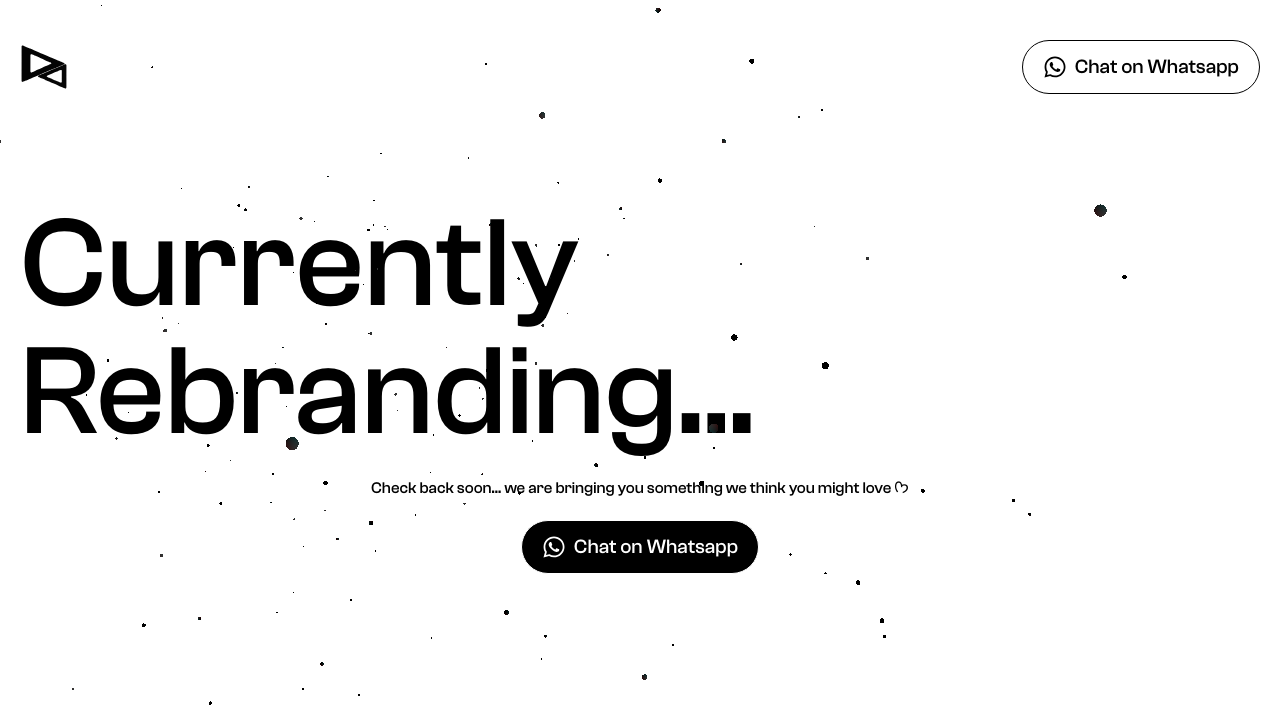
Repository: Cybugg/Nexxistudios-new
Page: /
These files come from the project's save history. The page is drawn as it stood at one moment and after a run of saves; the edit follows.
The browser window is 1280 px wide. The pictures show the whole page.
The project was rebuilt for these pictures with package versions that can differ from the ones it lists, and the page was loaded fresh each time. The framework's server and built-in components were replaced by stand-ins that run in the browser. Also part of the build but not shown: next.config.mjs.

Above is the page before, as saved 2025-09-06 18:19:06.

After the next 11 saves:
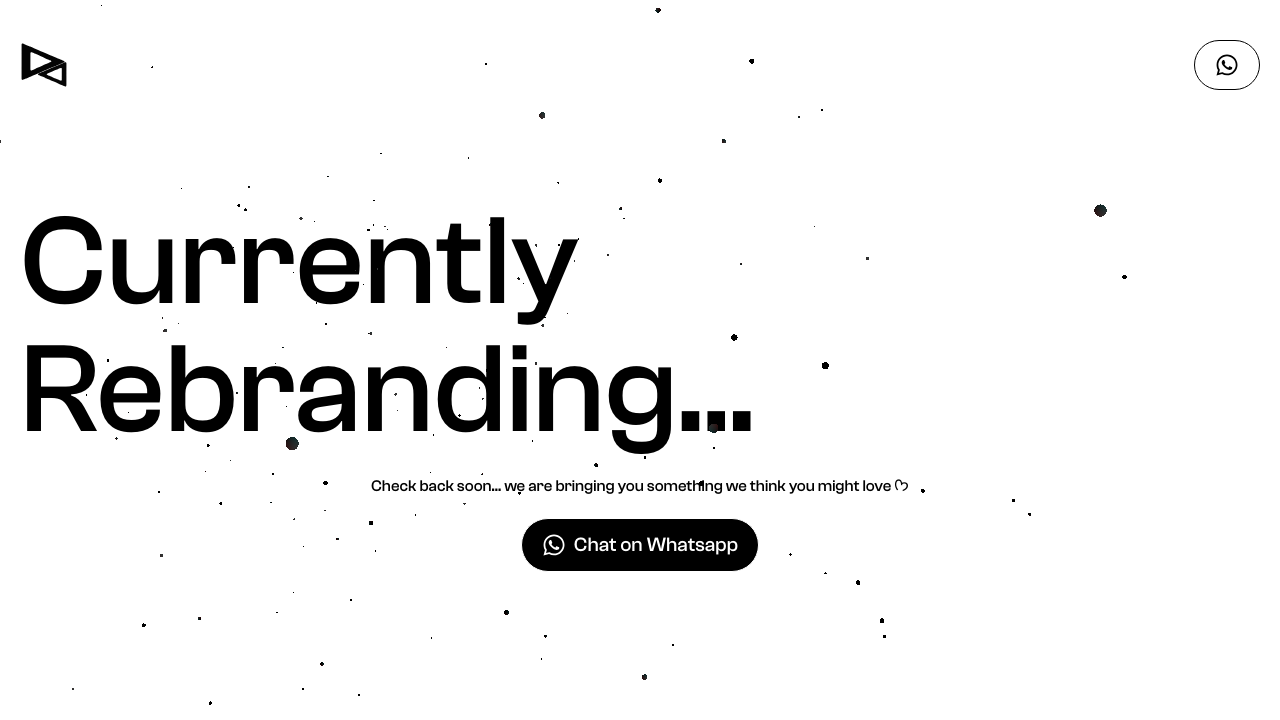
The 11 saves are shown as one change because they came seconds apart.
The last was saved 35 min 43 s later.
--- a/app/components/topNav.js
+++ b/app/components/topNav.js
@@ -14,7 +14,7 @@
 
       <Link href="https://wa.me/2349117169239?text=Hello%20I%20want%20a%20website%20or%20software%20for%20my%20business" target="_blank"
       rel="noopener noreferrer" className="py-3 px-5 text-xl z-80 rounded-full border cursor-pointer flex gap-2 items-center">
-<FaWhatsapp className='text-2xl' /> Chat on Whatsapp
+<FaWhatsapp className='text-2xl' /> <span className='hidden '>Chat on Whatsapp</span>
       </Link>
 
   </div>

After the 5 saves that followed:
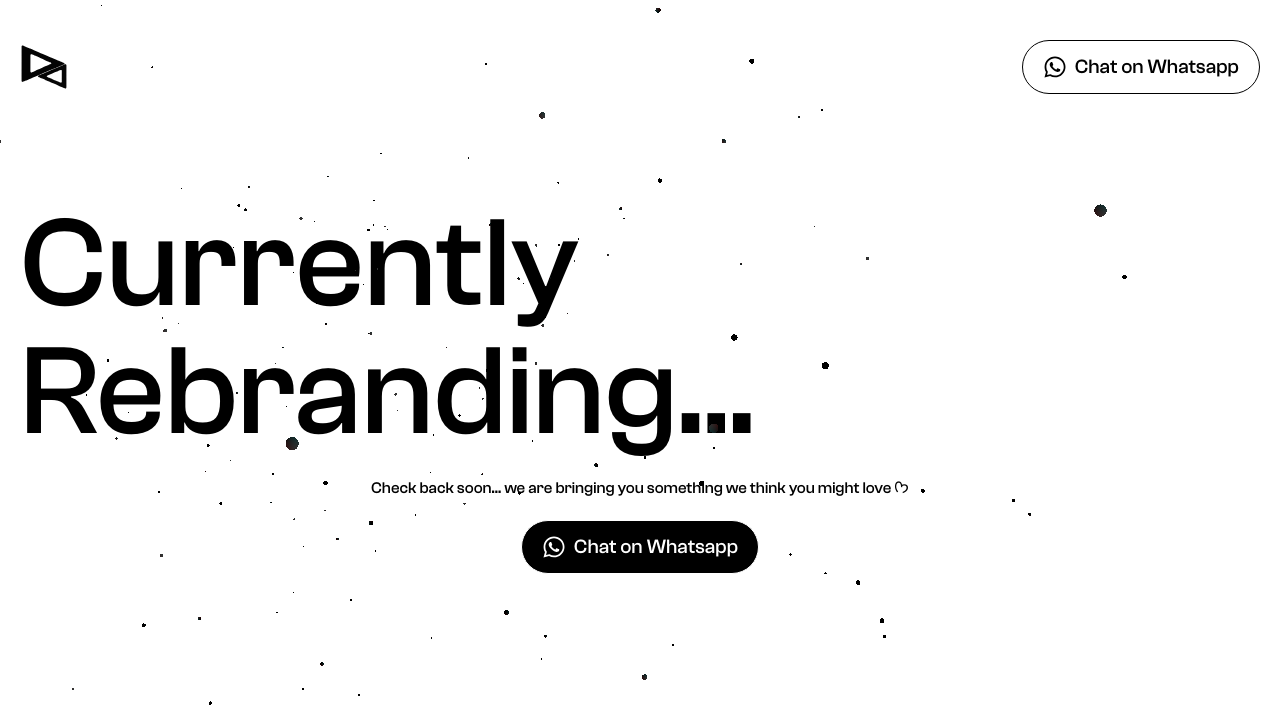
The 5 saves are shown as one change because they came seconds apart.
The last was saved 15 s later.
--- a/app/components/topNav.js
+++ b/app/components/topNav.js
@@ -14,7 +14,7 @@
 
       <Link href="https://wa.me/2349117169239?text=Hello%20I%20want%20a%20website%20or%20software%20for%20my%20business" target="_blank"
       rel="noopener noreferrer" className="py-3 px-5 text-xl z-80 rounded-full border cursor-pointer flex gap-2 items-center">
-<FaWhatsapp className='text-2xl' /> <span className='hidden '>Chat on Whatsapp</span>
+<FaWhatsapp className='text-2xl' /> <span className='hidden md:block'>Chat on Whatsapp</span>
       </Link>
 
   </div>
